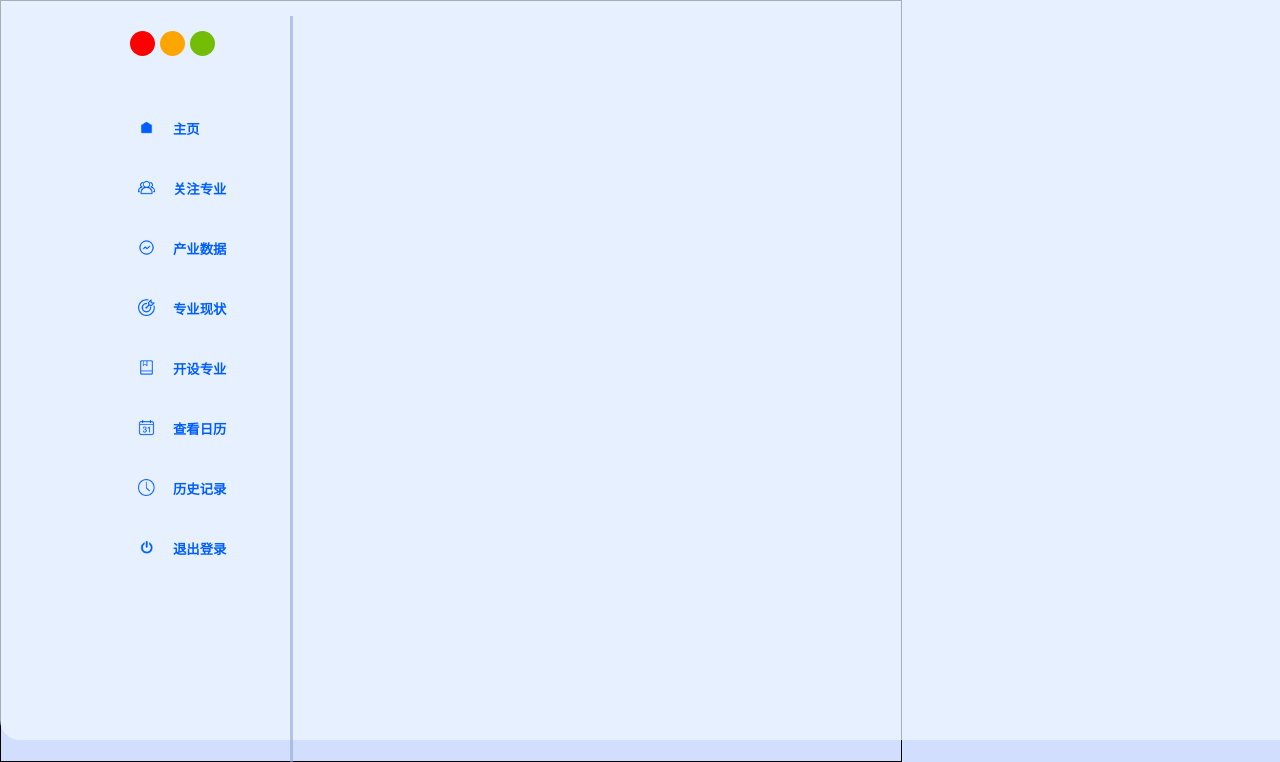
Repository: akaCSDN/test
Page: 2.1主页.html
An editor plug-in stored every save of this project. The page is shown before and after the next save, followed by the edit.
The browser window is 1280 px wide. The pictures show the whole page.

Above is the page before, as saved 2022-12-03 22:03:09.

After the next save:
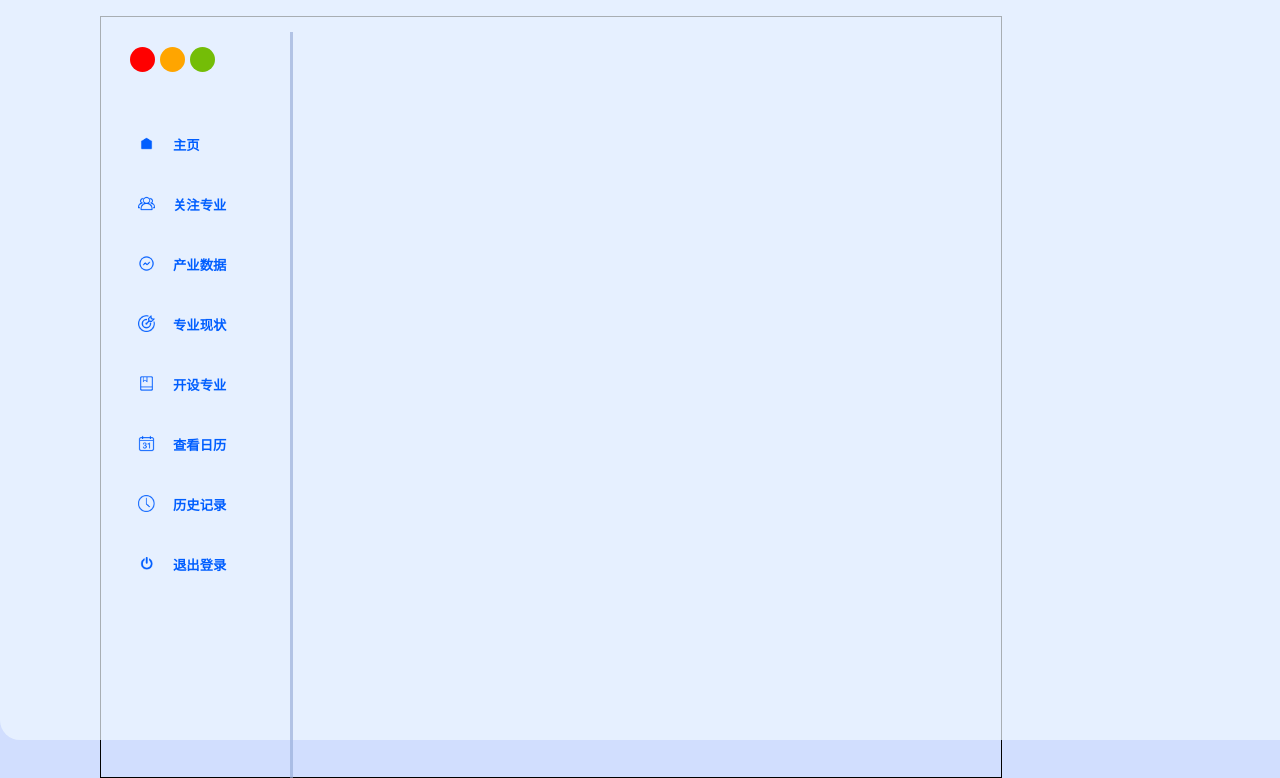
Saved 12 s later.
--- a/2.1主页.html
+++ b/2.1主页.html
@@ -99,7 +99,8 @@
             width: 900px;
             height: 760px;
             border: 1px solid black;
-
+            margin-left: 100px;
+            margin-top: 16px;
         }
     </style>
 </head>
